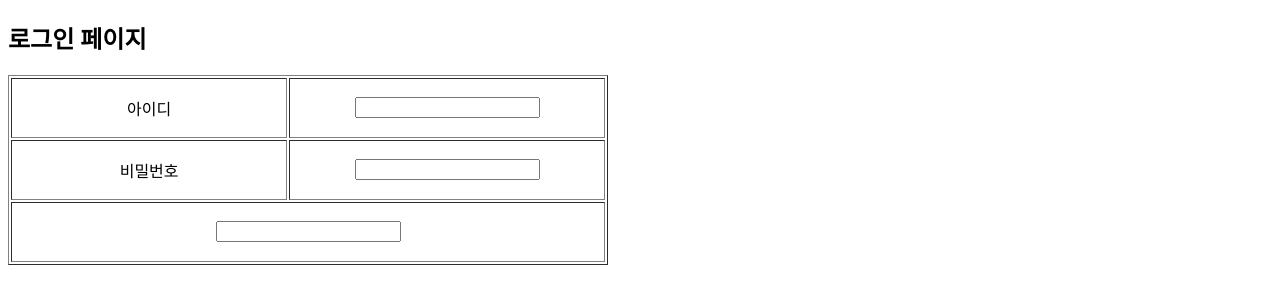
Repository: kkj68106810-dot/jsp2026
Page: http://localhost/chapter01/Request/RequestLogin.jsp
The author's editor kept a copy of each file at every save. The page is drawn from the files as they stood at one save, then again after the next save.
The browser window is 1280 px wide. The pictures show the whole page.
The page is served by Tomcat 9.

Above is the page before, as saved 2026-10-19 05:49:41.

After the next save:
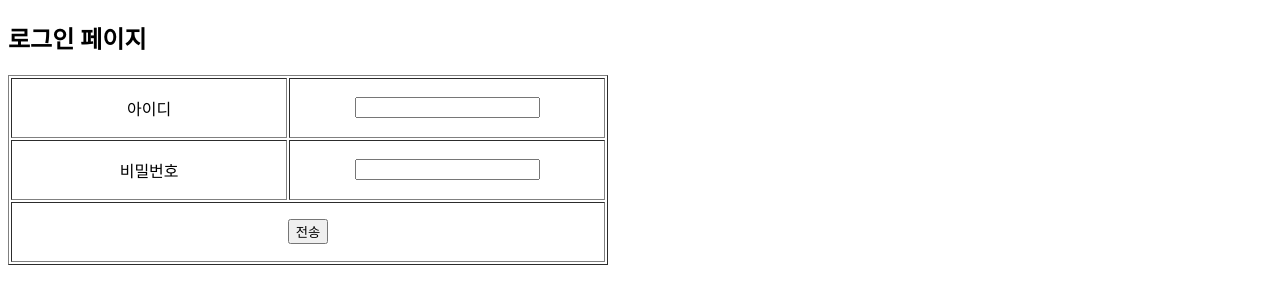
Saved 28 s later.
--- a/chapter01/src/main/webapp/Request/RequestLogin.jsp
+++ b/chapter01/src/main/webapp/Request/RequestLogin.jsp
@@ -26,7 +26,7 @@
 				</tr>
 				<tr height="60">
 					<td colspan="2" align="center" width="150">
-						<input type="password" name="pass">
+						<input type="submit" value="전송">
 					</td>
 				</tr>
 			</table>
